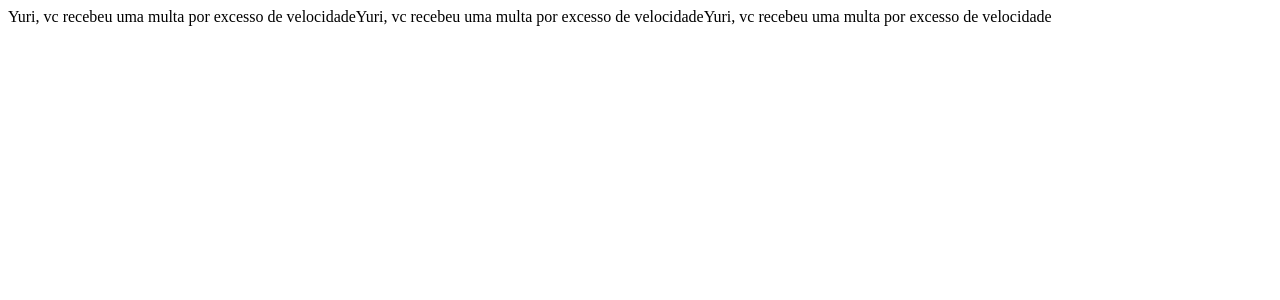
Repository: YuriSarmanho/PHPcourse
Page: http://localhost/6_estruturaControle/11_exercicio26/index.php
An editor plug-in stored every save of this project. The page is shown before and after a run of saves, followed by the edit.
The browser window is 1280 px wide. The pictures show the whole page.
The page is run by PHP 8.4 with error messages shown; the project is at /var/www/html/.

Above is the page before, as saved 2022-08-06 21:59:10.

### 6_estruturaControle/11_exercicio26/index.php
<?php

function radar($nome, $velocidade)
{
    if ($velocidade < 40) {
        echo "$nome vc está na velocidade correta <br>";
    } else if ($velocidade == 40) {
        echo "Cuidado $nome, vc está quase acima da velocidade";
    } else {
        echo "$nome, vc recebeu uma multa por excesso de velocidade";
    }
}

radar("Yuri", 60);
radar("Yuri", 60);
radar("Yuri", 60);

After the next 2 saves:
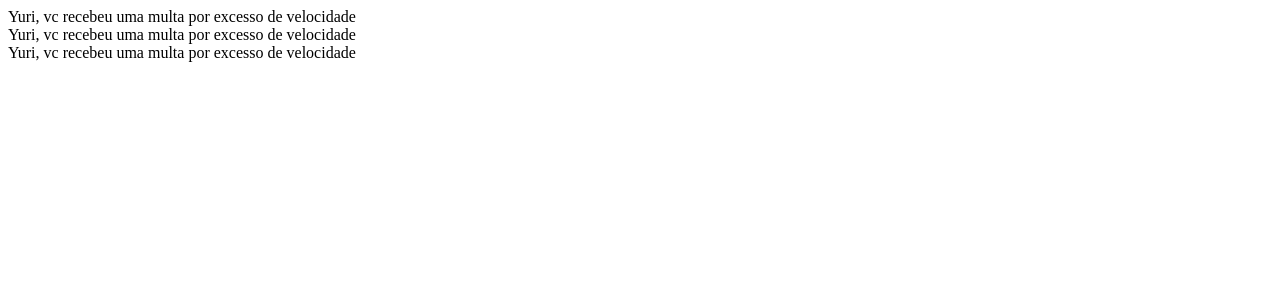
The 2 saves are shown as one change because they came seconds apart.
The last was saved 8 s later.
--- a/6_estruturaControle/11_exercicio26/index.php
+++ b/6_estruturaControle/11_exercicio26/index.php
@@ -5,9 +5,9 @@ function radar($nome, $velocidade)
     if ($velocidade < 40) {
         echo "$nome vc está na velocidade correta <br>";
     } else if ($velocidade == 40) {
-        echo "Cuidado $nome, vc está quase acima da velocidade";
+        echo "Cuidado $nome, vc está quase acima da velocidade <br>";
     } else {
-        echo "$nome, vc recebeu uma multa por excesso de velocidade";
+        echo "$nome, vc recebeu uma multa por excesso de velocidade <br>";
     }
 }
 
